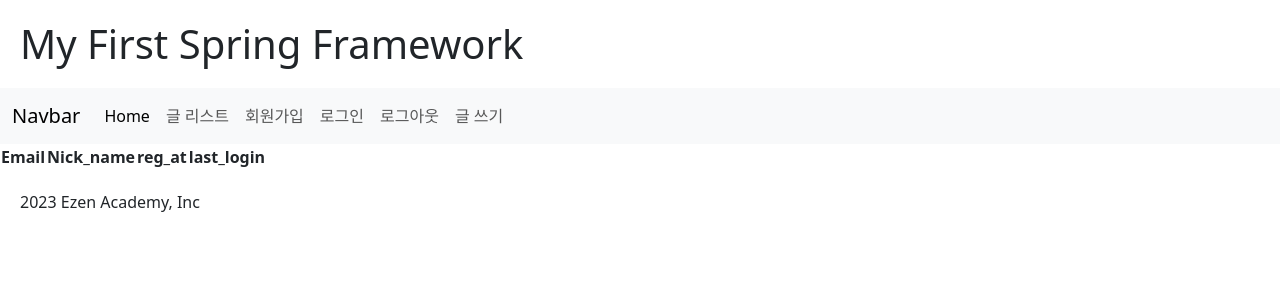
Repository: jinho0717/spring
Page: http://localhost/springProject/WEB-INF/views/member/list.jsp
These files come from the project's save history. The page is drawn as it stood at one moment and after the next save; the edit follows.
The browser window is 1280 px wide. The pictures show the whole page.
The page is served by Tomcat 9. Nobody is signed in. The template is opened directly, without the code that normally fills it, so the values that code supplies are empty.

Above is the page before, as saved 2023-10-31 06:50:10.

After the next save:
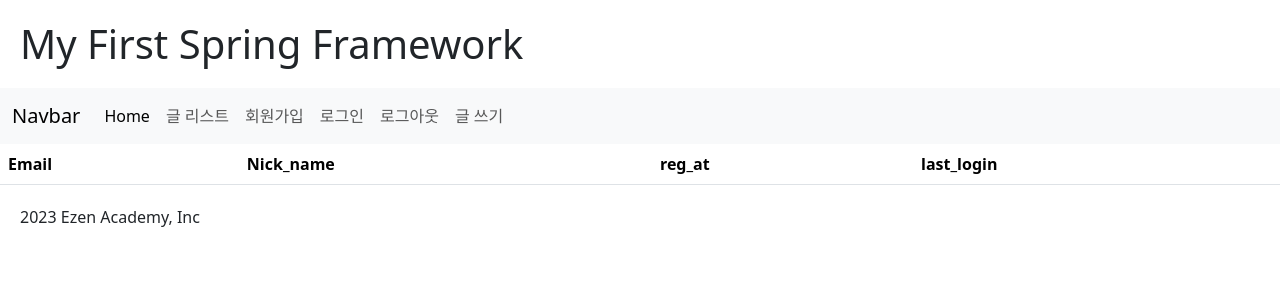
Saved 10 min 33 s later.
--- a/springProject/src/main/webapp/WEB-INF/views/member/list.jsp
+++ b/springProject/src/main/webapp/WEB-INF/views/member/list.jsp
@@ -10,7 +10,7 @@
 <body>
 <jsp:include page="../common/header.jsp"></jsp:include>
 <jsp:include page="../common/nav.jsp"></jsp:include>
-<table>
+<table class="table table-hover">
 	<tr>
 		<th>Email</th>
 		<th>Nick_name</th>
